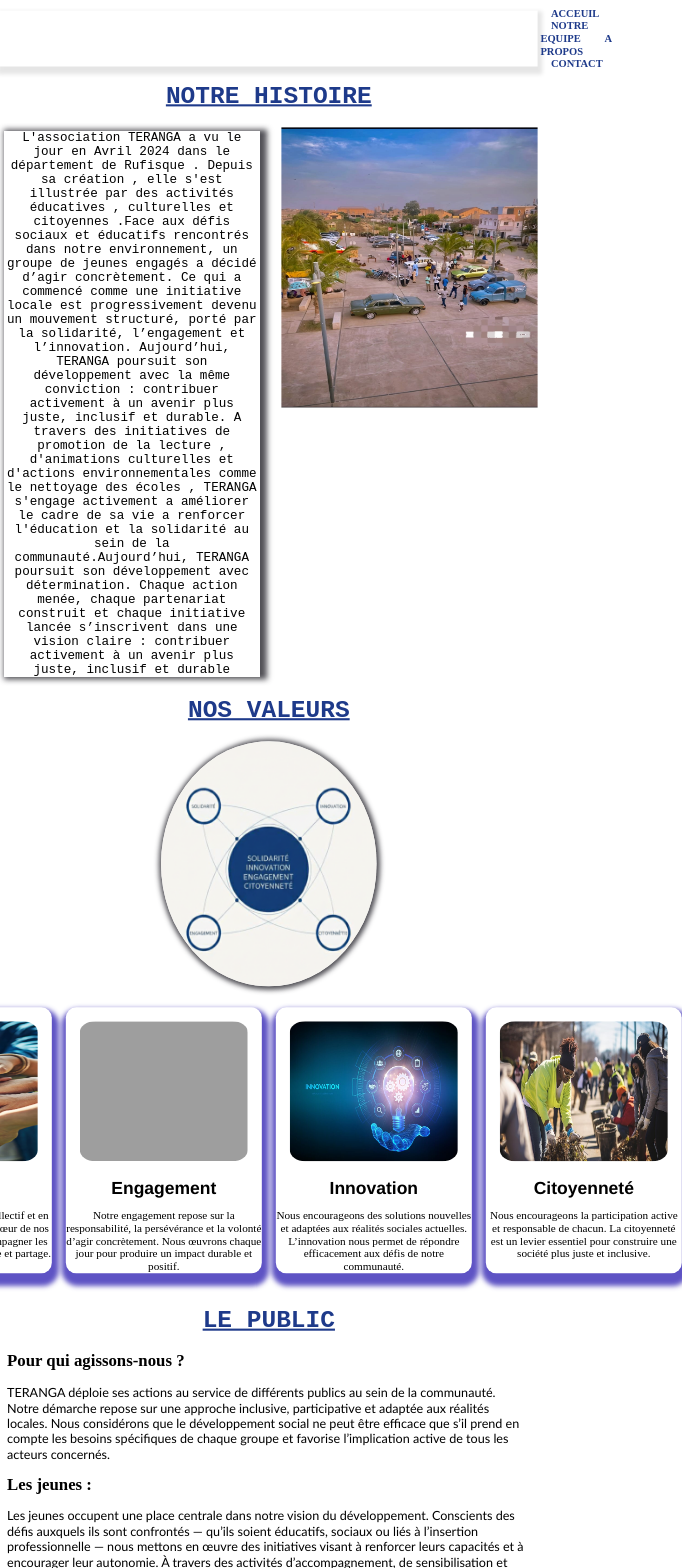
Repository: assanendao171/projet-teranga
Page: propos.html
These files come from the project's save history. The page is drawn as it stood at one moment and after the next save; the edit follows.
The browser window is 768 px wide. The page is 974 px wide, then 768 px, so the pictures cover 974 px, including what lies to the right of the window. The pictures show the part of the page from y = 0 to 2240 px (the page is 4586 px tall before and 4783 px after), at 70% of full size.
Pictures or frames that could not be fetched are drawn as grey boxes.

Above is the page before, as saved 2026-02-13 16:06:22.

### propos.html
<!doctype html>
<html lang="en">
  <head>
    <meta charset="UTF-8" />
    <meta name="viewport" content="width=device-width, initial-scale=1.0" />
    <title>Document</title>
    <link rel="stylesheet" href="propos.css" />
  </head>
  <body>
    <!-- l'entete -->
    <header>
      <!-- logo -->
      <div class="contain-logo">
        <img src="image/logo.jpeg" alt="" class="logo" />
      </div>
      <div class="btn-nav">
        <nav>
          <a href="acceuil.html" target="_blank">ACCEUIL</a>
          <a href="equipe.html" target="_blank">NOTRE EQUIPE</a>
          <a href="propos.html" target="_blank">A PROPOS</a>
          <a href="contact.html" target="_blank">CONTACT</a>
        </nav>
      </div>
    </header>
    <!-- corps -->
    <main>
      <!-- section histoire -->
      <h1 id="histoire">NOTRE HISTOIRE</h1>
      <div class="contain-histoire">
        <p id="p-histoire">
          L'association TERANGA a vu le jour en Avril 2024 dans le département
          de Rufisque . Depuis sa création , elle s'est illustrée par des
          activités éducatives , culturelles et citoyennes .Face aux défis
          sociaux et éducatifs rencontrés dans notre environnement, un groupe de
          jeunes engagés a décidé d’agir concrètement. Ce qui a commencé comme
          une initiative locale est progressivement devenu un mouvement
          structuré, porté par la solidarité, l’engagement et l’innovation.
          Aujourd’hui, TERANGA poursuit son développement avec la même
          conviction : contribuer activement à un avenir plus juste, inclusif et
          durable. A travers des initiatives de promotion de la lecture ,
          d'animations culturelles et d'actions environnementales comme le
          nettoyage des écoles , TERANGA s'engage activement a améliorer le
          cadre de sa vie a renforcer l'éducation et la solidarité au sein de la
          communauté.Aujourd’hui, TERANGA poursuit son développement avec
          détermination. Chaque action menée, chaque partenariat construit et
          chaque initiative lancée s’inscrivent dans une vision claire :
          contribuer activement à un avenir plus juste, inclusif et durable
        </p>
        <img
          src="image/histoireImage.jpeg"
          alt="photo histoire"
          class="photo-histoire" />
      </div>
      <h1 id="valeur">NOS VALEURS</h1>
      <div class="contain-valeur">
        <img src="image/photo-valeur.png" alt="" class="photo-valeur" />
      </div>
      <div class="contain-image">
        <div class="image1">
          <img
            src="image/solidatité.jpg"
            alt="aide social"
            class="image-aide" />
          <span id="texte-aide-social">Solidarité</span>
          <p>
            Nous croyons en la force du collectif et en l’entraide. La
            solidarité est au cœur de nos actions et nous permet d’accompagner
            les populations avec respect, écoute et partage.
          </p>
        </div>
        <!-- ____________________ -->
        <div class="image1">
          <img src="image/engagement.jpg" alt="education" class="image-aide" />
          <span id="texte-aide-social">Engagement</span>
          <p>
            Notre engagement repose sur la responsabilité, la persévérance et la
            volonté d’agir concrètement. Nous œuvrons chaque jour pour produire
            un impact durable et positif.
          </p>
        </div>
        <!-- ___________________________________ -->
        <div class="image1">
          <img
            src="image/innovation.jpg"
            alt="environnement"
            class="image-aide" />
          <span id="texte-aide-social">Innovation</span>
          <p>
            Nous encourageons des solutions nouvelles et adaptées aux réalités
            sociales actuelles. L’innovation nous permet de répondre
            efficacement aux défis de notre communauté.
          </p>
          <!-- ______________________________________________ -->
        </div>
        <div class="image1">
          <img
            src="image/citoyennete.jpg"
            alt="environnement"
            class="image-aide" />
          <span id="texte-aide-social">Citoyenneté</span>
          <p>
            Nous encourageons la participation active et responsable de chacun.
            La citoyenneté est un levier essentiel pour construire une société
            plus juste et inclusive.
          </p>
          <!-- ______________________________________________ -->
        </div>
      </div>

      <!-- le public -->
      <div class="containt-public">
        <h1 id="public">LE PUBLIC</h1>
        <h2>Pour qui agissons-nous ?</h2>
        <p class="p-public">
          TERANGA déploie ses actions au service de différents publics au sein
          de la communauté. Notre démarche repose sur une approche inclusive,
          participative et adaptée aux réalités locales. Nous considérons que le
          développement social ne peut être efficace que s’il prend en compte
          les besoins spécifiques de chaque groupe et favorise l’implication
          active de tous les acteurs concernés.
        </p>
        <h2>Les jeunes :</h2>
        <p class="p-public">
          Les jeunes occupent une place centrale dans notre vision du
          développement. Conscients des défis auxquels ils sont confrontés —
          qu’ils soient éducatifs, sociaux ou liés à l’insertion professionnelle
          — nous mettons en œuvre des initiatives visant à renforcer leurs
          capacités et à encourager leur autonomie. À travers des activités
          d’accompagnement, de sensibilisation et d’engagement citoyen, nous
          créons des espaces d’apprentissage et d’expression où les jeunes
          peuvent développer leurs compétences, affirmer leur potentiel et
          prendre confiance en eux. Nous croyons fermement que la jeunesse
          représente une force de transformation sociale. En leur offrant des
          opportunités concrètes et un cadre structurant, nous contribuons à
          faire émerger une génération responsable, créative et engagée pour le
          bien commun.
        </p>
        <h2>Les familles et les communautés locales :</h2>
        <p class="p-public">
          Le développement durable d’une société repose sur la solidité de ses
          familles et la cohésion de ses communautés. TERANGA agit en faveur du
          renforcement du tissu social en proposant des actions qui encouragent
          la solidarité, l’entraide et la participation communautaire. Nous
          accompagnons les familles confrontées à des défis sociaux en
          favorisant le dialogue, la sensibilisation et l’accès à des
          initiatives adaptées à leurs besoins. Notre approche vise à valoriser
          les ressources locales, à soutenir les dynamiques existantes et à
          encourager une participation active dans la résolution des
          problématiques collectives. En plaçant la communauté au cœur de notre
          action, nous contribuons à créer un environnement plus stable,
          inclusif et favorable au développement harmonieux de chacun.
        </p>
        <h2>Les acteurs engagés et partenaires :</h2>
        <p class="p-public">
          TERANGA reconnaît que l’impact durable ne peut être atteint qu’à
          travers une collaboration étroite entre différents acteurs. C’est
          pourquoi nous travaillons aux côtés de bénévoles, de leaders
          communautaires, d’organisations partenaires et d’institutions
          partageant une vision commune du progrès social. Nous favorisons les
          synergies et les partenariats stratégiques afin de renforcer la portée
          de nos actions et d’optimiser les ressources disponibles. Cette
          dynamique collaborative permet de mutualiser les compétences, de
          partager les expériences et d’amplifier l’impact au bénéfice des
          populations ciblées. En cultivant un réseau engagé et solidaire, nous
          consolidons les bases d’un développement inclusif et durable.
        </p>
        <h2>Une approche inclusive :</h2>
        <p class="p-public">
          Au-delà des catégories spécifiques, notre action s’inscrit dans une
          démarche globale visant à promouvoir l’inclusion, l’équité et la
          participation citoyenne. Nous restons attentifs à l’évolution des
          besoins de la communauté et adaptons continuellement nos interventions
          afin de garantir leur pertinence et leur efficacité.
        </p>
      </div>
      <div>
        <h1 id="lieu">LE LIEU</h1>
      </div>
      <div class="contain-lieu">
        <p id="p-lieu">
          TERANGA inscrit son action au cœur de son territoire. Notre engagement
          prend racine dans un environnement marqué par des réalités sociales,
          éducatives et économiques spécifiques, qui nécessitent des réponses
          adaptées et durables. En étant présents au plus près des populations,
          nous développons une connaissance approfondie du contexte local, ce
          qui nous permet de proposer des initiatives pertinentes et cohérentes
          avec les besoins identifiés. Implantée à Rufisque, TERANGA agit
          principalement au niveau local tout en s’inscrivant dans une dynamique
          d’ouverture et de collaboration plus large. Notre proximité avec les
          habitants facilite l’écoute, le dialogue et la participation active de
          la communauté. Cette présence locale constitue un atout majeur : elle
          nous permet d’intervenir rapidement, de créer des liens solides et de
          renforcer la confiance entre les différents acteurs impliqués. Nous
          considérons notre territoire non seulement comme un espace
          d’intervention, mais aussi comme un espace d’opportunités. Les
          ressources humaines, les dynamiques communautaires et les initiatives
          locales représentent des leviers essentiels pour construire un
          développement durable. En valorisant ces atouts et en encourageant la
          coopération, TERANGA contribue activement à l’émergence d’un
          environnement plus inclusif, solidaire et porteur d’avenir.
        </p>
        <iframe
          src="https://www.google.com/maps/embed?pb=!1m18!1m12!1m3!1d15435.790002337535!2d-17.281228760870015!3d14.715560226542413!2m3!1f0!2f0!3f0!3m2!1i1024!2i768!4f13.1!3m3!1m2!1s0xec19fc137980b03%3A0x2f17ba47ed9b2b44!2sRufisque!5e0!3m2!1sfr!2ssn!4v1770901932337!5m2!1sfr!2ssn"
          width="600"
          height="450"
          style="border: 0"
          allowfullscreen=""
          loading="lazy"
          referrerpolicy="no-referrer-when-downgrade"></iframe>
      </div>
    </main>

    <footer>
      <nav class="btn-footer">
        <a href="acceuil.html" target="_blank">ACCEUIL</a>
        <a href="equipe.html" target="_blank">NOTRE EQUIPE</a>
        <a href="propos.html" target="_blank">A PROPOS</a>
        <a href="contact.html" target="_blank">CONTACT</a>
      </nav>
      <div class="contain-footer">
        <div class="liste-footer">
          <h4>Nos domaines d'action</h4>
          <ul>
            <li>Formation en informatique</li>
            <li>Apprentissage de l’anglais</li>
            <li>Aide sociale</li>
            <li>Actions communautaires</li>
          </ul>
        </div>
        <div class="copyright">
          <p>&copy;2026 Association TERANGA – Tous droits réservés</p>
        </div>
        <div class="contact">
          <ul>
            <li>📍 Rufisque, Sénégal</li>
            <li>📞 +221 77 926 43 67</li>
          </ul>
        </div>
      </div>
    </footer>
  </body>
</html>

### propos.css
body{
    margin: 15px 0 5px 0;
    background-color: #fffffff5;
}
header{
width: 100%;
height: 80px;
background-color: #FFFFFF;
box-shadow: 2px 6px 6px 6px rgba(0, 0, 0, 0.1);
display: flex;
align-items: center;
justify-content: center;
gap: 800px;
}
nav a{
    margin: 15px;
    color: #1E3A8A;
    text-decoration: none;
    font-size: 15px;
    font-weight:900;
}
nav a:hover{
    text-decoration: underline;
}
.logo{
    width: 80px;
left: 10px;
}


/* section histoire */
#histoire{
        color: #1E3A8A;

    text-align: center;
    font-size: 35px;
font-family: 'Courier New', Courier, monospace;
text-decoration: underline;

}
.contain-histoire{
    display: flex;
    gap: 25px;
}
#p-histoire{
    text-align: center;
    font-size: 18px;
font-family: 'Courier New', Courier, monospace;
margin: 5px ;
   width: 50%;
    box-shadow: 5px 1px 8px 4px rgba(31, 30, 37, 0.781);
}
.photo-histoire{
    width: 50%;
    height: 400px;
}
#valeur{
        color: #1E3A8A;

    text-align: center;
    font-size: 35px;
font-family: 'Courier New', Courier, monospace;
text-decoration: underline;

}
.photo-valeur{
    width: 40%;
    height: 350px;
border-radius: 50%;
    box-shadow: 1px 1px 8px 4px rgba(31, 30, 37, 0.781);
}
.contain-valeur{
    display: flex;
    flex-direction: row;
    justify-content: center;
}

.contain-image{
    padding-top: 30px;
    display: flex;
    gap: 20px;
    text-align: center;
    justify-content: center;
    align-items: center;
}
.image1{
    width: 300px;
    height: 380px;
    text-align: center;
    background-color: rgb(255, 255, 255);
    border-radius: 15px;
    box-shadow: 2px 10px 8px 8px rgba(49, 34, 180, 0.781);
    color: #000000;

}
.image-aide{
        width: 240px;
    height: 200px;
    padding: 20px;
    border-radius: 15%;
}
.image-aide:hover{
    transition: 0.5s;
    transform: scale(1.1);
}
#texte-aide-social{
        font-size: 25px;
        font-weight:bold;
font-family:'Franklin Gothic Medium', 'Arial Narrow', Arial, sans-serif
}
#public{
        color: #1E3A8A;
padding-top: 25px;
    text-align: center;
    font-size: 35px;
font-family: 'Courier New', Courier, monospace;
text-decoration: underline;
}
.containt-public{
    margin: 10px;
}
.p-public{
    font-size: 18px;
font-family:'Trebuchet MS', 'Lucida Sans Unicode', 'Lucida Grande', 'Lucida Sans', Arial, sans-serif
}
#lieu{
        color: #1E3A8A;
padding-top: 25px;
    text-align: center;
    font-size: 35px;
font-family: 'Courier New', Courier, monospace;
text-decoration: underline;
}


.contain-lieu{
    display: flex;
    gap: 25px;
}
#p-lieu{
    text-align: center;
    font-size: 18px;
font-family: 'Courier New', Courier, monospace;
margin: 5px ;
   width: 50%;
    box-shadow: 5px 1px 8px 4px rgba(31, 30, 37, 0.781);
}
.ifram-lieu{
    width: 50%;
    height: 370px;
}





footer{
    background-color: #2D3748;
    width: 100%;
    height: 230px;
    margin-top: 20px;
}
.btn-footer{
    display: flex;
    flex-direction: row;
    justify-content: center;

}
.btn-footer a{
    padding: px;
    color: #FFFFFF;
    margin: 10x;
    font-size: 15px;
}
.liste-footer{
    margin-left: 10px;
        color: #FFFFFF;

}
.contact{
    display: flex;
    flex-direction: row;
    justify-content: flex-end;
    color: #FFFFFF;
}
.contain-footer{
    display: flex;
    flex-direction: row;
    justify-content: space-between;
}
.copyright{
        color: #FFFFFF;
    font-size: 22px;
    display: flex;
    flex-direction: column;
    justify-content: flex-end;
}

After the next save:
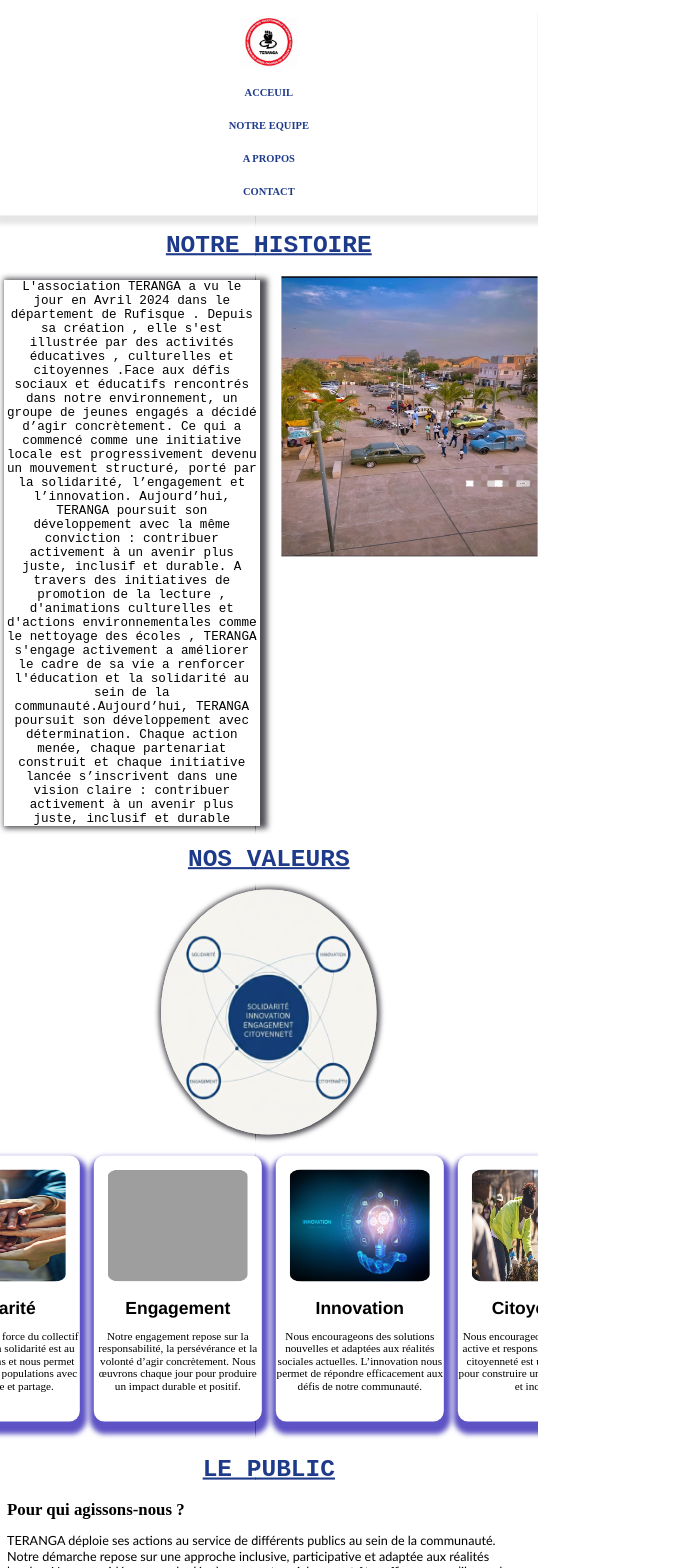
Saved 58 s later.
--- a/propos.css
+++ b/propos.css
@@ -195,3 +195,64 @@ footer{
     flex-direction: column;
     justify-content: flex-end;
 }
+
+
+/* mediaquery pour mobile*/
+@media screen and (max-width: 768px) {
+  * {
+    box-sizing: border-box;
+  }
+  html,
+  body {
+    width: 100%;
+    overflow-x: hidden;
+  }
+  header {
+    width: 100%;
+    height: auto;
+    background-color: #ffffff;
+    box-shadow: 2px 6px 6px 6px rgba(0, 0, 0, 0.1);
+    gap: 10px;
+    display: flex;
+    flex-direction: column;
+    justify-content: space-between;
+    align-items: center;
+    padding: 10px 20px;
+  }
+
+  nav {
+    display: flex;
+    flex-direction: column;
+    justify-content: center;
+    align-items: center;
+  }
+  nav a {
+    margin: 15px;
+    color: #1e3a8a;
+    text-decoration: none;
+    font-size: 15px;
+    font-weight: 900;
+  }
+  nav a:hover {
+    text-decoration: underline;
+  }
+.hero {
+  width: 100%;
+  height: auto;
+  background-image:
+    linear-gradient(rgba(0, 0, 0, 0.6), rgba(0, 0, 0, 0.6)),
+    url("image/background.jpeg");
+  background-size: cover;
+  background-position: top;
+  background-repeat: no-repeat;
+}
+.texte-accrosse {
+  display: flex;
+  flex-direction: column;
+  justify-content: center;
+  align-items: center;
+  color: rgb(255, 255, 255);
+  font-size: 20px;
+  font-family: "Courier New", Courier, monospace;
+  margin-left: 55px;
+}
